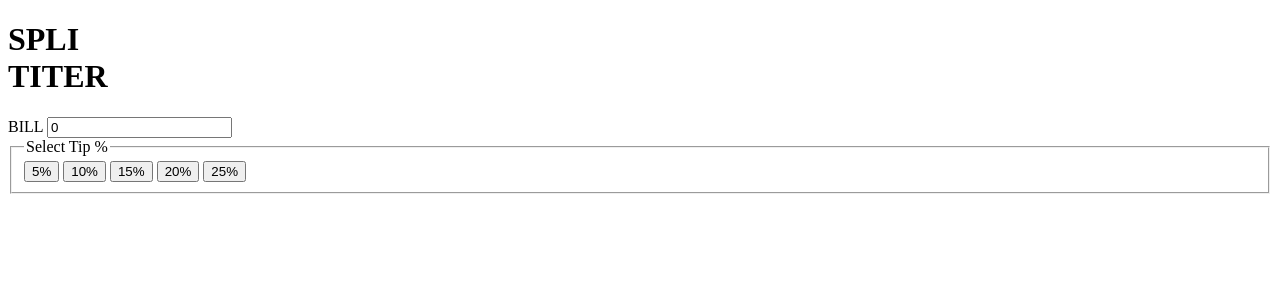
Repository: kellyjohanasalb/calduladora
Page: index.html
These files come from the project's save history. The page is drawn as it stood at one moment and after the next save; the edit follows.
The browser window is 1280 px wide. The pictures show the whole page.

Above is the page before, as saved 2023-08-15 21:12:02.

After the next save:
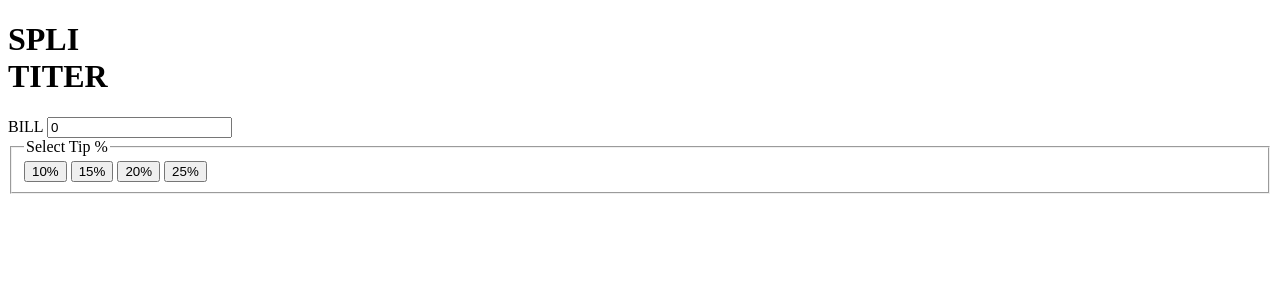
Saved 46 s later.
--- a/index.html
+++ b/index.html
@@ -16,7 +16,7 @@
 
             <fieldset clas="btns">
                 <legend class="btns__legend">Select Tip %</legend>
-                <button class="btns__button btns__button--selected">5%</button>
+                <button class="btns__button >5%</button>
                 <button class="btns__button">10%</button>
                 <button class="btns__button">15%</button>
                 <button class="btns__button">20%</button>
